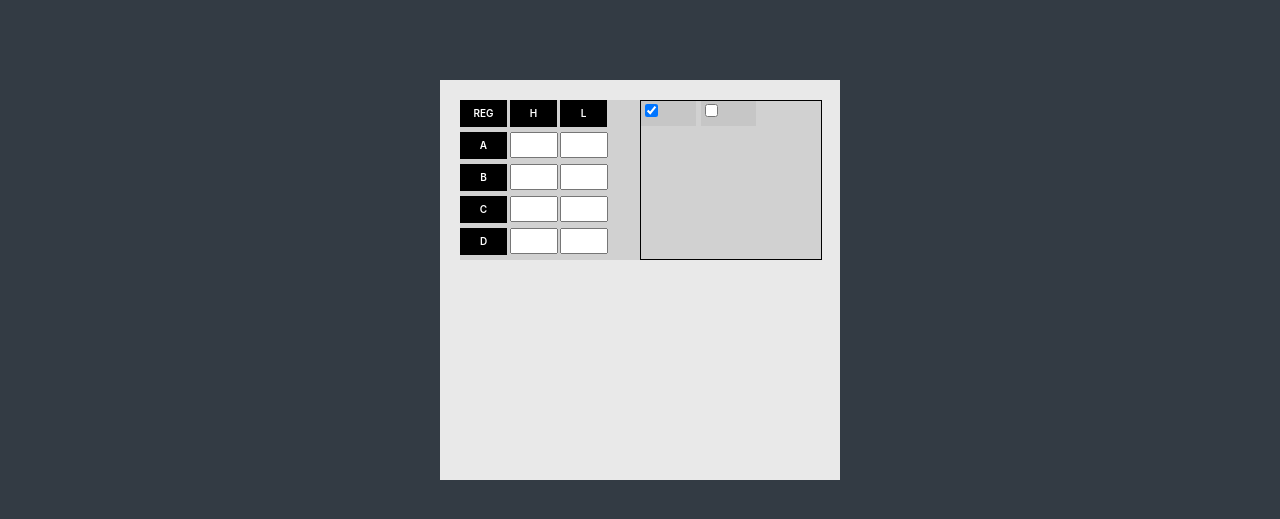
Repository: piookr-wsei/8086
Page: /
These files come from the project's save history. The page is drawn as it stood at one moment and after the next save; the edit follows.
The browser window is 1280 px wide. The pictures show the whole page.
The project was rebuilt for these pictures with package versions that can differ from the ones it lists, and the page was loaded fresh each time.

Above is the page before, as saved 2022-06-18 19:58:59.

### src/App.js

import './App.css';
import { RegDesc, RegInput, RegWrapper, UiWindow, UiWrapper, SettingsWrapper, Labels,CheckWrapper } from './Components/Components.elements';

function OpChange(){
  return(
    <>
    <Labels>
      <CheckWrapper>
        <input type="checkbox"  defaultChecked />
      </CheckWrapper>
      <CheckWrapper>
        <input type="checkbox"/>
      </CheckWrapper>
    </Labels>
    </>
    )
  }





function App() {
  return (
    <div className="App">
      <UiWindow>
        <UiWrapper>
          <RegWrapper>
            <RegDesc textContent={"REG"}/>  <RegDesc textContent={"H"}/>  <RegDesc textContent={"L"}/>

            <RegDesc textContent={"A"}/>  <RegInput maxLength={2}/> <RegInput maxLength={2}/>
            <RegDesc textContent={"B"}/>  <RegInput maxLength={2}/> <RegInput maxLength={2}/>
            <RegDesc textContent={"C"} />  <RegInput maxLength={2}/> <RegInput maxLength={2}/>
            <RegDesc textContent={"D"}/>  <RegInput maxLength={2}/> <RegInput maxLength={2}/>
          </RegWrapper>

          <SettingsWrapper>
            <OpChange/>
          </SettingsWrapper>

        </UiWrapper>
      </UiWindow>

    </div>
  );
}

export default App;

### src/App.css
body{
  height: 100%;
  background: rgba(1, 10, 22, 0.8);
}
.App {

}

.App-logo {
  height: 40vmin;
  pointer-events: none;
}

@media (prefers-reduced-motion: no-preference) {
  .App-logo {
    animation: App-logo-spin infinite 20s linear;
  }
}

.App-header {
  background-color: #282c34;
  min-height: 100vh;
  display: flex;
  flex-direction: column;
  align-items: center;
  justify-content: center;
  font-size: calc(10px + 2vmin);
  color: white;
}

.App-link {
  color: #61dafb;
}

@keyframes App-logo-spin {
  from {
    transform: rotate(0deg);
  }
  to {
    transform: rotate(360deg);
  }
}

### src/Components/Components.elements.js
import styled from "styled-components";

export const UiWindow = styled.div`
height: 400px;
width: 400px;
background: rgb(233,233,233);
position: relative;
margin: auto;
top: 80px;
`

export const UiWrapper = styled.div`
border: 20px solid transparent;
display: grid;
grid-template-columns: 1fr 1fr;
`

export const RegWrapper = styled.div`
width: 180px;
background: rgba(0,0,0,0.1);
position: relative;
left: 0;
display: grid;
grid-template-columns: 50px 50px 50px;
`

export const RegInput = styled.input`
height: 20px;
width: 40px;
margin-bottom:5px;
text-align: center;
`

export const SettingsWrapper = styled.div`
width: 180px;
background: rgba(0,0,0,0.1);
position: relative;
right: 0;
display: grid;
grid-template-columns: 50px 50px 50px;
border: solid 1px black;
`

export const RegDescSC = styled.div`
height: 27px;
width: 47px;
background: black;
margin-bottom:5px;
color: white;
font-weight: 600;
`

export const DescText = styled.p`
font-size: 10px;
text-align: center;
position: relative;
top: -3px;
`

export function RegDesc(props){
    return(
        <RegDescSC>
            <DescText>{props.textContent}</DescText>
        </RegDescSC>
    )
}

export const Labels = styled.div`
display: grid;
grid-template-columns: 60px 60px 60px;
`

export const CheckWrapper = styled.div`
background: rgba(0,0,0,0.05);
width: 55px;
height: 25px;
`

Loaded but not shown: public/index.html (common file); src/index.js (common file); src/index.css (common file); src/reportWebVitals.js (common file)

After the next save:
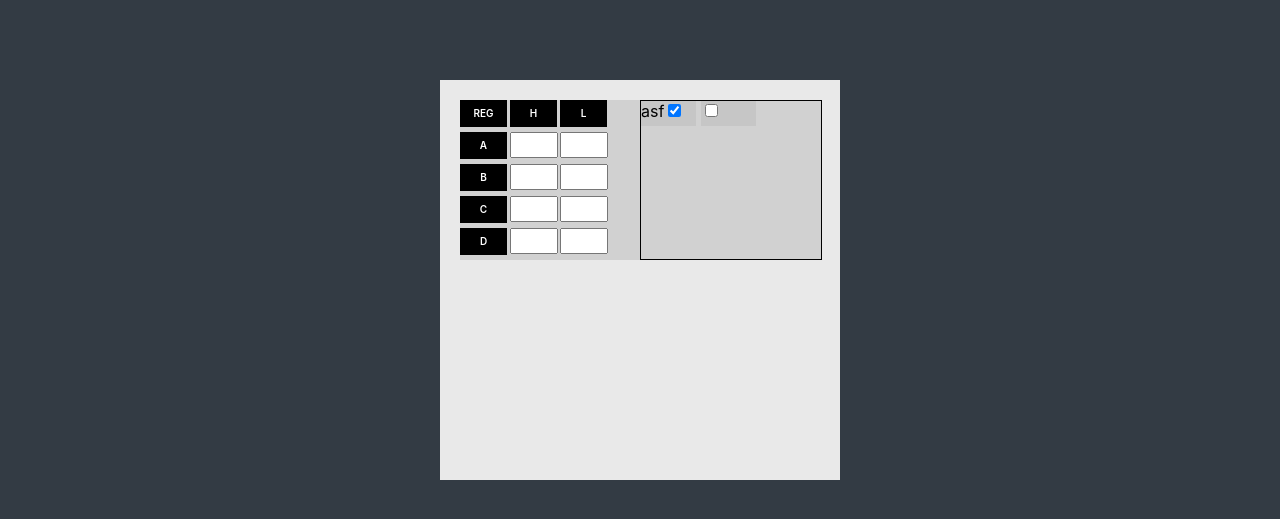
Saved 11 s later.
--- a/src/App.js
+++ b/src/App.js
@@ -1,12 +1,13 @@
 
 import './App.css';
-import { RegDesc, RegInput, RegWrapper, UiWindow, UiWrapper, SettingsWrapper, Labels,CheckWrapper } from './Components/Components.elements';
+import { RegDesc, RegInput, RegWrapper, UiWindow, UiWrapper, SettingsWrapper, Labels, CheckWrapper } from './Components/Components.elements';
 
 function OpChange(){
   return(
     <>
     <Labels>
       <CheckWrapper>
+        asf
         <input type="checkbox"  defaultChecked />
       </CheckWrapper>
       <CheckWrapper>
